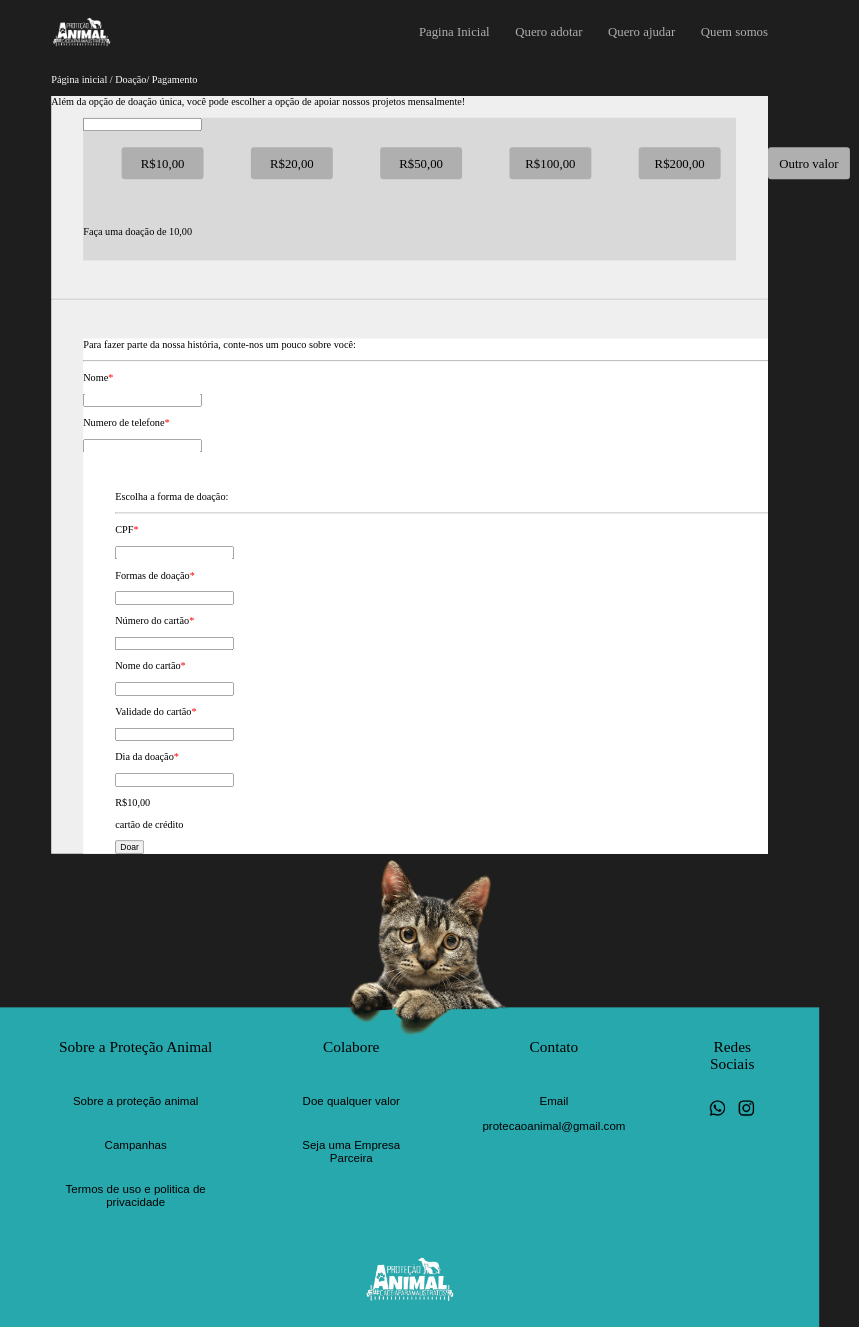
Repository: edjunior-nascimento/protecao-animal-web
Page: src/pages/formulario-doacao/index.html
An editor plug-in stored every save of this project. The page is shown before and after the next save, followed by the edit.
The browser window is 1280 px wide. The page is 1342 px wide, so the pictures cover 1342 px, including what lies to the right of the window. The pictures show the whole page, at 64% of full size.

Above is the page before, as saved 2025-03-06 03:46:30.

### src/pages/formulario-doacao/index.html
<!DOCTYPE html>
<html lang="pt">

<head>
    <meta charset="UTF-8">
    <meta name="viewport" content="width=device-width, initial-scale=1.0">
    <title>Proteção Animal</title>
    <link rel="preconnect" href="https://fonts.googleapis.com" />
    <link rel="preconnect" href="https://fonts.gstatic.com" crossorigin />
    <meta name="viewport" content="width=device-width, initial-scale=1.0" />
    <link rel="stylesheet" href="./style.css" />
    <link>
</head>

<body>
    <header>
        <div><img class="logo" src="/src/pages/images/logo.png" alt="logo Protecao animal" /></div>
        <nav>
            <ul>
                <li>
                    <a href="#">
                        <p>Pagina Inicial</p>
                    </a>
                </li>
                <li>
                    <a href="#">
                        <p>Quero adotar</p>
                    </a>
                </li>
                <li>
                    <a href="#">
                        <p>Quero ajudar</p>
                    </a>
                </li>
                <li>
                    <a href="#">
                        <p>Quem somos</p>
                    </a>
                </li>
            </ul>
        </nav>
    </header>
    <main>
        <div class="title">
            <p>Página inicial / Doação/ Pagamento</p>
        </div>
        <div class="container">
            <div class="sub-title">
                <p>Além da opção de doação única, você pode escolher a opção de apoiar nossos projetos mensalmente!
                </p>
            </div>
            <div class="valor">
                <div class="cota">
                    <input type="text">
                </div>
                <nav class="cota-inicial">
                    <ul>
                        <li>
                            <a href="#">R$10,00</a></a>
                        </li>
                        <li>
                            <a href="#">R$20,00</a>
                        </li>
                        <li>
                            <a href="#">R$50,00</a>
                        </li>
                        <li>
                            <a href="#">R$100,00</a>
                        </li>
                        <li>
                            <a href="#">R$200,00</a>
                        </li>
                        <li>
                            <a href="#">Outro valor</a>
                        </li>
                    </ul>
                </nav>
                <div class="res"><span>Faça uma doação de 10,00</span>
                </div>
            </div>
            <hr class="pri-line">
            <div class="card">
                <div class="sub-title">
                    <p>Para fazer parte da nossa história, conte-nos um pouco sobre você:</p>
                </div>
                <hr>
                <div class="dados">
                    <form action="/send" method="post" target="_blank">
                        <label>
                            <p>Nome<span class="ast">*</span></p>
                            <input type="text" name="Nome" id="Nome*">
                        </label>
                        <label>
                            <p>Numero de telefone<span class="ast">*</span></p>
                            <input type="text" name="telefone" id="telefone">
                        </label>
                    </form>
                </div>
                <div class="card">
                    <div class="sub-title">
                        <p>Escolha a forma de doação:</p>
                    </div>
                    <hr>
                    <form action="/send" method="post" target="_blank">
                        <label>
                            <p>CPF<span class="ast">*</span></p>
                            <input type="number" name="cpf" id="cpf">
                        </label>
                        <label>
                            <p>Formas de doação<span class="ast">*</span></p>
                            <input type="text" name="forme-doacao" id="forme-doacao"></p>
                        </label>
                        <label>
                            <p>Número do cartão<span class="ast">*</span></p>
                            <input type="number" name="cartao" id="cartao">
                        </label>
                        <label>
                            <p>Nome do cartão<span class="ast">*</span></p>
                            <input type="text" name="nome-cartao" id="nome-cartao">
                        </label>
                        <label>
                            <p>Validade do cartão<span class="ast">*</span></p>
                            <input type="text" name="" id="">
                        </label>
                        <label>
                            <p>Dia da doação<span class="ast">*</span></p>
                            <input type="number" name="data" id="data">
                        </label>
                    </form>
                    <div class="resultado">
                        <div class="retorno">
                            <div class="res/doacao">
                                <p>R$10,00</p>
                            </div>
                            <div class="forma/pagamento">
                                <p>cartão de crédito</p>
                            </div>
                        </div>
                        <button>Doar</button>
                    </div>
                </div>
            </div>
        </div>
    </main>
    <div class="gato"><img src="/src/pages/images/gato.png" alt=""></div>
    <footer>
        <div class="footer-container">
            <div class="footer-primary">
                <div class="footer-section-1">
                    <div>
                        <h4>Sobre a Proteção Animal</h4>
                    </div>
                    <div>
                        <p><a href="">Sobre a proteção animal</a></p>
                    </div>
                    <div>
                        <p><a href="">Campanhas</a></p>
                    </div>
                    <div>
                        <p><a href="">Termos de uso e politica de privacidade</a></p>
                    </div>
                </div>
                <div class="footer-section-2">
                    <div>
                        <h4>Colabore</h4>
                    </div>
                    <div>
                        <p><a href="">Doe qualquer valor</a></p>
                    </div>
                    <div>
                        <p><a href="">Seja uma Empresa Parceira</a></p>
                    </div>
                </div>
                <div class="footer-section-3">
                    <div>
                        <h4>Contato</h4>
                    </div>
                    <div>
                        <p>Email</p>
                        <p><a href="mailto:protecaoanimal@gmail.com">protecaoanimal@gmail.com</a></p>
                    </div>
                </div>
                <div class="footer-section-4">
                    <div>
                        <h4>Redes Sociais</h4>
                    </div>
                    <div class="social-icons">
                        <div>
                            <a href=""><img src="/src/pages/images/whatsAppIcon.png" alt="" /></a>
                        </div>
                        <div>
                            <a href=""><img src="/src/pages/images/instagramIcon.png" alt="" /></a>
                        </div>
                    </div>
                </div>
            </div>
        </div>
        <div class="footer-secondary">
            <img src="/src/pages/images/logo.png" alt="" />
        </div>
    </footer>
</body>

</html>

### src/pages/formulario-doacao/style.css
:root {
    --main-bg-color: #1e1e1e;
    --title-color: #27a8ad;
    --subtitle-color: #ffffff;
    --box-color: #ffffff;
    --link-nav-color: #ffffff;
    --card-title-color: #27a8ad;
    --footer-background: #27a8ad;
    --footer-font-color: #000000;
    --maim-color: #EFEFEF;
    --card-nav-color:#D9D9D9;
    --nav-valor:#B0AFAF;
    --asterisco-color: red;
  }
  body {
    height: max-content;
    font-family: "Jockey One", serif;
    font-style: normal;
    margin: 0px;
    padding: 0px;
    background-color: var(--main-bg-color);
  }

  a {
    text-decoration: none;
  }

  header {
    height: 100px;
    display: flex;
    flex-direction: row;
    justify-content: space-between;
    padding-inline: 80px
  }
  header div {
    display: flex;
    align-items: center;
  }
  .logo {
    height: 95px;
    width: auto;
  }
  nav {
    width: auto;
    height: 100px;
    display: flex;
    align-items: center;
  }
  nav ul {
    list-style-type: none;
    display: flex;
    gap: 40px;
  }
  nav ul li a {
    color: var(--nav-valor);
    font-size: 20px;
    background-color: var(--card-nav-color);
  }


main {
  background-color:var(--main-bg-color) ;
  padding-left: 80px;
  padding-right: 80px;
}
.cota-inicial a {
  color: var(--footer-font-color);
  width: 128px;
  height: 50px;
  display: inline-block;
  text-align: center;
  line-height: 50px;
  background-color: var(--nav-valor);
  margin-left: 20px;
  border-radius: 5px;
}
.cota-inicial li {
  height: 50px;
  width: 162px;
}
.cota-inicial li :hover {
  background-color: var(--footer-background);
  color: var(--box-color);
}
.res {
  margin-top: 48px;
  padding-bottom: 36px;
}
  .pri-line {
    margin-top: 60px;
  }
  .card {
    margin-top: 60px;
    margin-left: 50px;
    mar
  }
  .ast {
    color: var(--asterisco-color);
  }
.container {
  background-color: var(--maim-color);
}
.title {
  color: var(--subtitle-color);
}
.valor {
  margin-left: 50px;
  margin-right: 50px;
  background-color: var(--card-nav-color);
}
.valor nav {
  width: 100%;
}
.card {
  background-color: var(--box-color);
}




  .gato {
    margin-left: 42%;
    margin-bottom: -25px;
    height: 265px;
    max-width: auto;}

  footer {
    height: 500px;
    max-height: auto;
    background-color: var(--footer-background);
    padding-inline: 80px;
  }

  .footer-container {
      width: auto;
      height: 70%;
      display: flex;
      align-items: center;
      justify-content: center;
  }

  .footer-primary {
    display: flex;
    flex-direction: row;
    gap: 111px;
    align-items: flex-start;
    justify-content: center;
  }

  .footer-primary p a {
      color: var(--footer-font-color);
      font-family: "Arial", sans-serif;
  }

  .footer-primary h4 {
    font-size: 24px;
    font-weight: 400;
  }

  .footer-primary p {
      font-size: 18px;
      font-weight: 400;
      font-family: "Arial", sans-serif;
  }

  .footer-secondary {
    width: auto;
    height: 30%;
    display: flex;
    align-items: center;
    justify-content: center;
  }

  .footer-secondary img {
      height: 145px;
      width: auto
  }

  .footer-section-1, .footer-section-2, .footer-section-3, .footer-section-4 {
      display: flex;
      flex-direction: column;
      text-align: center;
      gap: 12px;
  }

  .footer-section-4 {
      align-items: center;
  }

  .social-icons {
      display: flex;
      flex-direction: row;
      gap: 20px;
  }

After the next save:
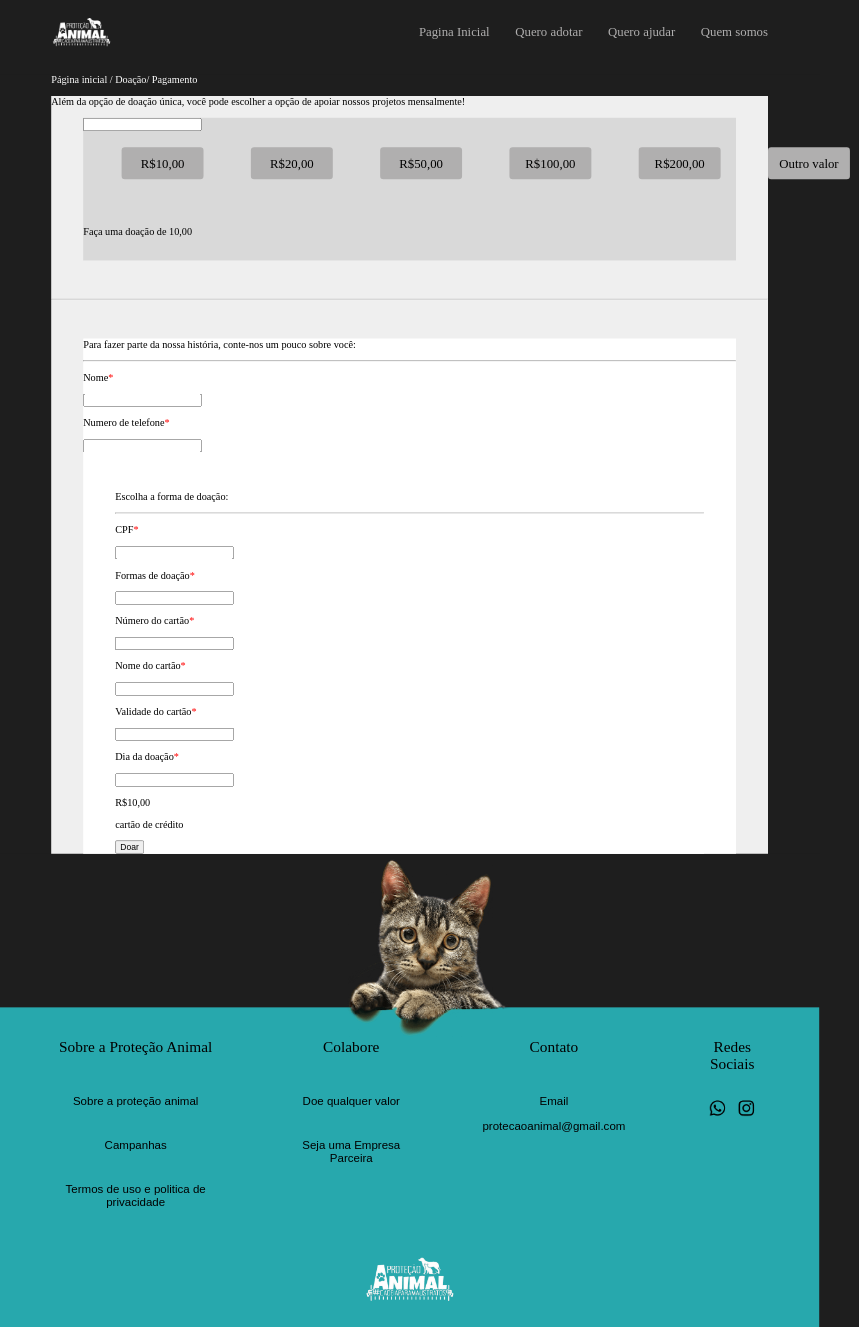
Saved 4 s later.
--- a/src/pages/formulario-doacao/style.css
+++ b/src/pages/formulario-doacao/style.css
@@ -92,7 +92,7 @@ main {
   .card {
     margin-top: 60px;
     margin-left: 50px;
-    mar
+    margin-right: 50px;
   }
   .ast {
     color: var(--asterisco-color);
